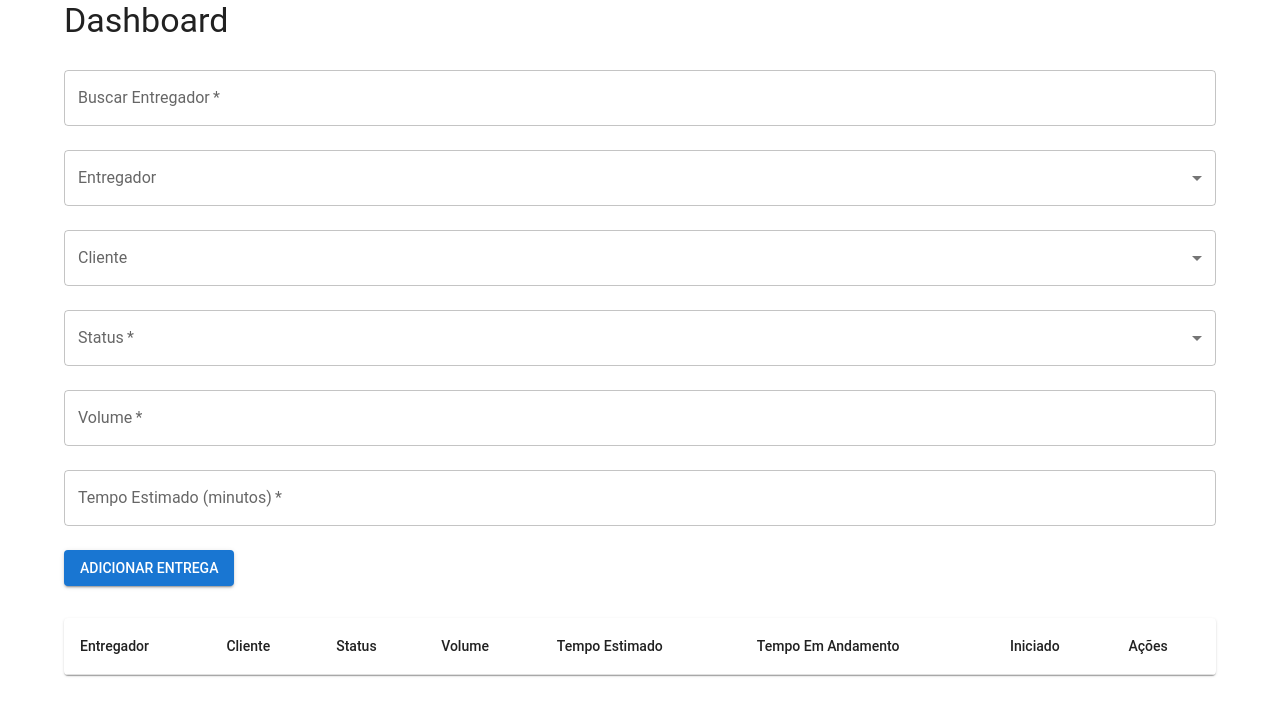
Repository: feliperanon/mobilegestao
Page: /dashboard (app in frontend/)
These files come from the project's save history. The page is drawn as it stood at one moment and after the next save; the edit follows.
The browser window is 1280 px wide. The pictures show the whole page.
The page's requests for data from a server got no answer. The project was rebuilt for these pictures with package versions that can differ from the ones it lists, and the page was loaded fresh each time. No one was signed in, and anything a server would have sent is missing. Also part of the build but not shown: frontend/webpack.config.js, frontend/src/pages/Home.js, frontend/src/pages/History.js, frontend/src/pages/Analysis.js, frontend/src/components/Login.js, frontend/src/components/Register.js, frontend/src/components/AddEntregador.js, frontend/src/components/AddCliente.js and 1 more.

Above is the page before, as saved 2024-07-14 17:26:22.

After the next save:
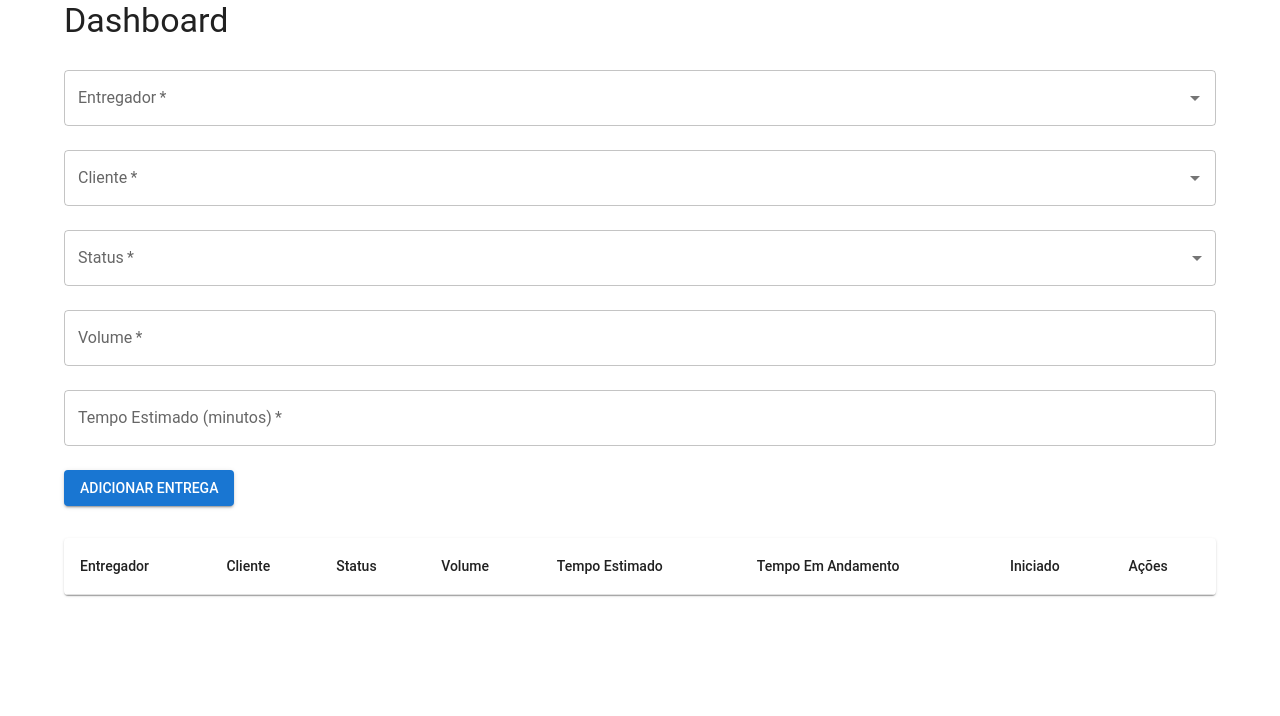
Saved 15 min 16 s later.
--- a/frontend/src/components/Dashboard.js
+++ b/frontend/src/components/Dashboard.js
@@ -15,19 +15,14 @@ import {
   TableHead,
   TableRow,
   Paper,
-  MenuItem,
   IconButton,
-  Select,
-  InputLabel,
-  FormControl,
-  ListItemText,
-  Checkbox,
   Dialog,
   DialogActions,
   DialogContent,
   DialogContentText,
   DialogTitle,
 } from '@mui/material';
+import { Autocomplete } from '@mui/lab';
 import EditIcon from '@mui/icons-material/Edit';
 import DeleteIcon from '@mui/icons-material/Delete';
 import DoneIcon from '@mui/icons-material/Done';
@@ -163,46 +158,19 @@ const Dashboard = () => {
         Dashboard
       </Typography>
       <Box component="form" onSubmit={handleSubmit} sx={{ mb: 4 }}>
-        <TextField
-          label="Buscar Entregador"
+        <Autocomplete
+          options={entregadores.map((ent) => ent.nome)}
           value={entregador}
-          onChange={(e) => setEntregador(e.target.value)}
-          fullWidth
-          required
-          margin="normal"
-        />
-        <FormControl fullWidth margin="normal">
-          <InputLabel>Entregador</InputLabel>
-          <Select
-            value={entregador}
-            onChange={(e) => setEntregador(e.target.value)}
-            renderValue={(selected) => selected}
-          >
-            {entregadores
-              .filter((ent) => ent.nome.toLowerCase().includes(entregador.toLowerCase()))
-              .map((ent) => (
-                <MenuItem key={ent._id} value={ent.nome}>
-                  {ent.nome}
-                </MenuItem>
-              ))}
-          </Select>
-        </FormControl>
-        <FormControl fullWidth margin="normal">
-          <InputLabel>Cliente</InputLabel>
-          <Select
-            multiple
-            value={selectedClientes}
-            onChange={(e) => setSelectedClientes(e.target.value)}
-            renderValue={(selected) => selected.join(', ')}
-          >
-            {clientes.map((cli) => (
-              <MenuItem key={cli._id} value={cli.nome}>
-                <Checkbox checked={selectedClientes.indexOf(cli.nome) > -1} />
-                <ListItemText primary={cli.nome} />
-              </MenuItem>
-            ))}
-          </Select>
-        </FormControl>
+          onChange={(e, newValue) => setEntregador(newValue)}
+          renderInput={(params) => <TextField {...params} label="Entregador" margin="normal" fullWidth required />}
+        />
+        <Autocomplete
+          multiple
+          options={clientes.map((cli) => cli.nome)}
+          value={selectedClientes}
+          onChange={(e, newValue) => setSelectedClientes(newValue)}
+          renderInput={(params) => <TextField {...params} label="Cliente" margin="normal" fullWidth required />}
+        />
         <TextField
           select
           label="Status"
@@ -285,20 +253,12 @@ const Dashboard = () => {
         <DialogTitle>Editar Entregador</DialogTitle>
         <DialogContent>
           <DialogContentText>Selecione um novo entregador para a entrega.</DialogContentText>
-          <FormControl fullWidth margin="normal">
-            <InputLabel>Entregador</InputLabel>
-            <Select
-              value={entregador}
-              onChange={(e) => setEntregador(e.target.value)}
-              renderValue={(selected) => selected}
-            >
-              {entregadores.map((ent) => (
-                <MenuItem key={ent._id} value={ent.nome}>
-                  {ent.nome}
-                </MenuItem>
-              ))}
-            </Select>
-          </FormControl>
+          <Autocomplete
+            options={entregadores.map((ent) => ent.nome)}
+            value={entregador}
+            onChange={(e, newValue) => setEntregador(newValue)}
+            renderInput={(params) => <TextField {...params} label="Entregador" margin="normal" fullWidth required />}
+          />
         </DialogContent>
         <DialogActions>
           <Button onClick={handleCloseEditDialog}>Cancelar</Button>
